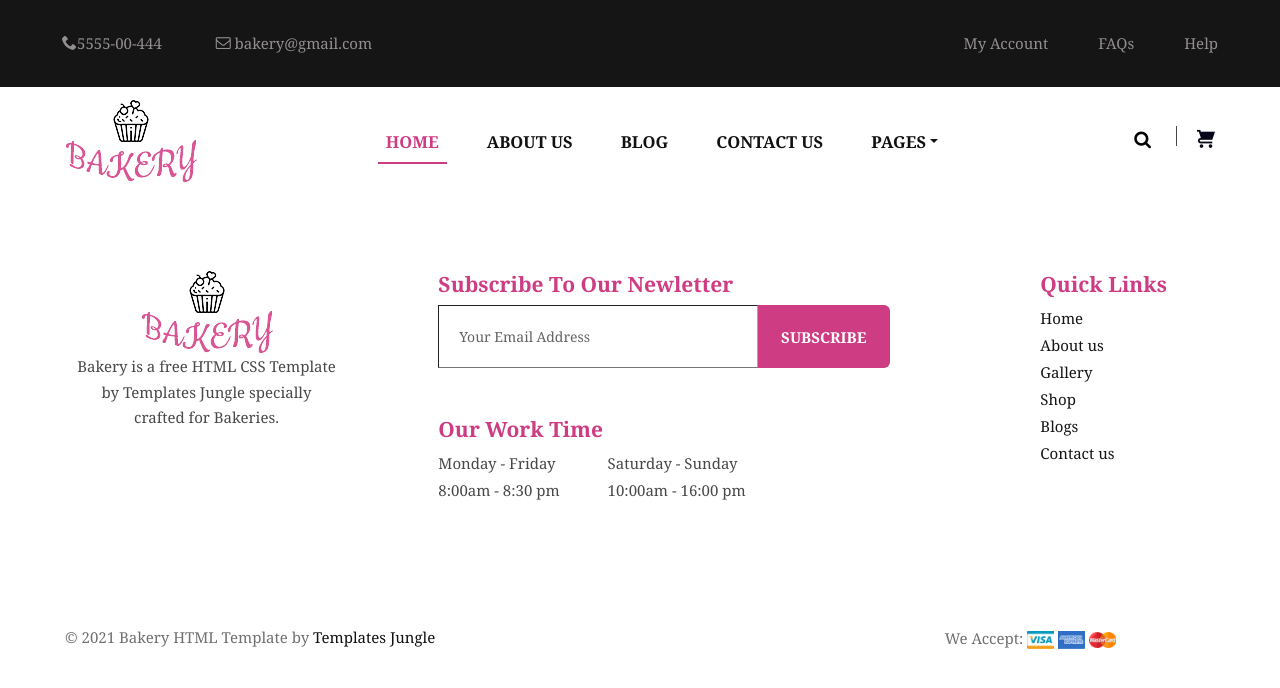
Repository: AlaaBashirSaijary/Barky
Page: http://localhost/index
An editor plug-in stored every save of this project. The page is shown before and after the next save, followed by the edit.
The browser window is 1280 px wide. The pictures show the whole page.
Some web fonts or font styles are not loaded; a fallback is used. The page is served by the project's Laravel application, run on PHP 8.4 with Laravel 10.

Above is the page before, as saved 2023-12-15 02:44:41.

After the next save:
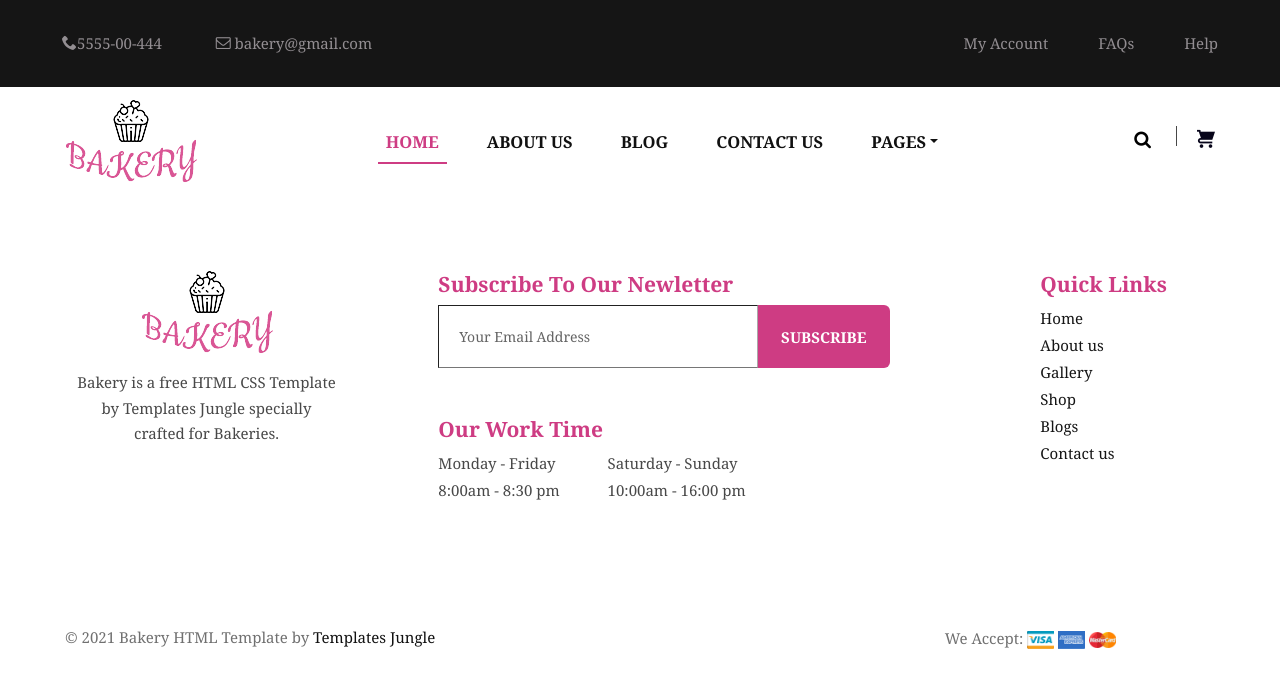
Saved 8 s later.
--- a/resources/views/master/footer.blade.php
+++ b/resources/views/master/footer.blade.php
@@ -4,7 +4,7 @@
 			<div class="wrap flex-container">
 
 			<div class="col-md-3 footer-logo text-center mb-3">
-				<img src="images/main-logo.png" ) }}class="mb-3">
+				<img src="images/main-logo.png" class="mb-3">
 				<p>Bakery is a free HTML CSS Template by Templates Jungle specially crafted for Bakeries.</p>
 			</div>
 
